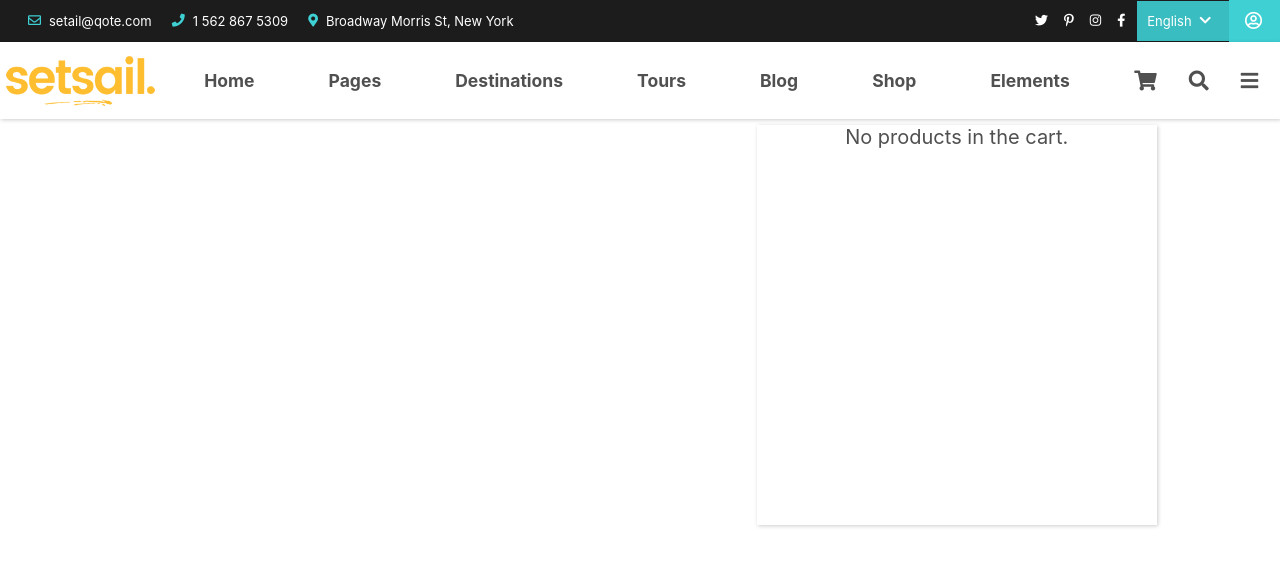
Repository: Hunga9k50doker/Setail
Page: /
These files come from the project's save history. The page is drawn as it stood at one moment and after a run of saves; the edit follows.
The browser window is 1280 px wide. The pictures show the whole page.
The project was rebuilt for these pictures with package versions that can differ from the ones it lists, and the page was loaded fresh each time.

Above is the page before, as saved 2021-10-21 11:39:38.

### public/index.html
<!DOCTYPE html>
<html lang="en">

<head>
  <meta charset="utf-8" />
  <link rel="icon" href="%PUBLIC_URL%/favicon.ico" />
  <meta name="viewport" content="width=device-width, initial-scale=1" />
  <meta name="theme-color" content="#000000" />
  <meta name="description" content="Web site created using create-react-app" />
  <link rel="stylesheet" href="./font/fontawesome-free-5.15.3-web/css/all.min.css">
  <link rel="apple-touch-icon" href="%PUBLIC_URL%/logo192.png" />
  <!--
      manifest.json provides metadata used when your web app is installed on a
      user's mobile device or desktop. See https://developers.google.com/web/fundamentals/web-app-manifest/
    -->
  <link rel="manifest" href="%PUBLIC_URL%/manifest.json" />
  <!--
      Notice the use of %PUBLIC_URL% in the tags above.
      It will be replaced with the URL of the `public` folder during the build.
      Only files inside the `public` folder can be referenced from the HTML.

      Unlike "/favicon.ico" or "favicon.ico", "%PUBLIC_URL%/favicon.ico" will
      work correctly both with client-side routing and a non-root public URL.
      Learn how to configure a non-root public URL by running `npm run build`.
    -->
  <title>React App</title>
</head>

<body>
  <noscript>You need to enable JavaScript to run this app.</noscript>
  <div id="root">

  </div>
  <script type="text/babel">
  </script>
  <!--
      This HTML file is a template.
      If you open it directly in the browser, you will see an empty page.

      You can add webfonts, meta tags, or analytics to this file.
      The build step will place the bundled scripts into the <body> tag.

      To begin the development, run `npm start` or `yarn start`.
      To create a production bundle, use `npm run build` or `yarn build`.
    -->
</body>

</html>

### src/index.js
import React from "react";
import ReactDOM from "react-dom";
import App from "./views/App.js";
import reportWebVitals from "./reportWebVitals";
import "./styles/global.scss";
// import socialNetworks from '../src/components/socialNetworks'

ReactDOM.render(
  <React.StrictMode>
    <App />
  </React.StrictMode>,
  document.getElementById("root")
);

// If you want to start measuring performance in your app, pass a function
// to log results (for example: reportWebVitals(console.log))
// or send to an analytics endpoint. Learn more: https://bit.ly/CRA-vitals
reportWebVitals();

### src/views/App.js
import './App.scss';
import NavOnTop from '../components/NavOnTop/NavOnTop';
import Nav from '../components/Navigation/Nav';

function App() {

  return (
    <div className="App">
      <NavOnTop />
      <Nav />
    </div>
  );
}

export default App;

### src/styles/global.scss
@import './variables';

* {
  margin: 0;
  padding: 0;
  box-sizing: border-box;
}

body {
  margin: 0;
  font-family: -apple-system, BlinkMacSystemFont, "Segoe UI", "Roboto", "Oxygen",
    "Ubuntu", "Cantarell", "Fira Sans", "Droid Sans", "Helvetica Neue",
    sans-serif;
  -webkit-font-smoothing: antialiased;
  -moz-osx-font-smoothing: grayscale;
}

code {
  font-family: source-code-pro, Menlo, Monaco, Consolas, "Courier New",
    monospace;
}

ul,
li {
  display: inline-block;
  list-style: none;
  padding-left: 0;
}

a {
  text-decoration: none;
  display: inline-block;
  color: #505050;
}

.bridge {
  content: "";
  position: absolute;
  top: -4px;
  left: 50%;
  transform: translate(-50%, 0);
  width: 100%;
  height: 8px;
}

.hover-slide-below {
  content: " ";
  width: 100%;
  height: 4px;
  background: $bg-color--hover;
  position: absolute;
  bottom: -8px;
  left: 0;
  border-radius: 8px;
  transform: scaleX(0);
  transform-origin: center left;
  transition: all 0.3s ease;
}

### src/views/App.scss
.App {
  text-align: center;
  background: #999;
}

### src/components/NavOnTop/NavOnTop.js
// import { render } from "@testing-library/react";
import './NavOnTop.scss';

const NavOnTop = () => {
  return (
    <div className="nav__onTop">
      <ul className="nav__onTop-leftInner">
        <li className="nav__onTop-leftInner-item">
          <i className="far fa-envelope"></i>
          <p className="nav__onTop-leftInner-item-text">setail@qote.com</p>
        </li>
        <li className="nav__onTop-leftInner-item">
          <i className="fas fa-phone"></i>
          <p className="nav__onTop-leftInner-item-text">1 562 867 5309</p>
        </li>
        <li className="nav__onTop-leftInner-item">
          <i className="fas fa-map-marker-alt"></i>
          <p className="nav__onTop-leftInner-item-text">
            Broadway Morris St, New York
          </p>
        </li>
      </ul>
      <ul className="nav__onTop-rightInner">
        <li className="nav__onTop-rightInner-item nav__onTop-rightInner-item-socialNetwork">
          <i className=" fab fa-twitter"></i>
        </li>
        <li className="nav__onTop-rightInner-item nav__onTop-rightInner-item-socialNetwork">
          <i className=" fab fa-pinterest-p"></i>
        </li>
        <li className="nav__onTop-rightInner-item nav__onTop-rightInner-item-socialNetwork">
          <i className=" fab fa-instagram"></i>
        </li>
        <li className="nav__onTop-rightInner-item nav__onTop-rightInner-item-socialNetwork">
          <i className=" fab fa-facebook-f"></i>
        </li>
        <li className="nav__onTop-rightInner-item nav__onTop-rightInner-item-toggleLang">
            <p>English</p>
            <i className="fas fa-chevron-down"></i>
          <div className="nav__onTop-rightInner-item-langs">
            <a href="#" className="nav__onTop-rightInner-item-lang">
              VietNam
            </a>
            <a href="#" className="nav__onTop-rightInner-item-lang">
              France
            </a>
            <a href="#" className="nav__onTop-rightInner-item-lang">
              German
            </a>
          </div>
        </li>
        <li className="nav__onTop-rightInner-item nav__onTop-rightInner-account">
          <i className="far fa-user-circle"></i>
        </li>
      </ul>
    </div>
  );
};

export default NavOnTop;

### src/components/Navigation/Nav.js
import "./Nav.scss";

const Nav = () => {
  return (
    <div className="nav">
      <img src="./logo/logo-footer.png" alt="Not found" className="nav__logo" />
      <ul className="nav__list">
        <li className="nav__list-item nav__list-item-Home">
          <h3 className="nav__list-item-title">Home</h3>
          <div className="nav__list-item-selections">
            <a href="#" className="nav__list-item-selection">
              <p>Travel Agency</p>
            </a>
            <a href="#" className="nav__list-item-selection">
              <p>Winters Holidays</p>
            </a>
            <a href="#" className="nav__list-item-selection">
              <p>Exotic Destinations</p>
            </a>
          </div>
        </li>
        <li className="nav__list-item nav__list-item-Pages">
          <h3 className="nav__list-item-title">Pages</h3>
          <div className="nav__list-item-selections">
            <a href="#" className="nav__list-item-selection">
              <p>About Us</p>
            </a>
            <a href="#" className="nav__list-item-selection">
              <p>What We Offer</p>
            </a>
            <a href="#" className="nav__list-item-selection">
              <p>Our Team</p>
            </a>
          </div>
        </li>
        <li className="nav__list-item nav__list-item-Destinations">
          <h3 className="nav__list-item-title">Destinations</h3>
          <div className="nav__list-item-selections">
            <a href="#" className="nav__list-item-selection">
              <p>Destination List</p>
            </a>
            <a href="#" className="nav__list-item-selection">
              <p>Destination Slider</p>
            </a>
            <a href="#" className="nav__list-item-selection">
              <p>Destination Item</p>
            </a>
          </div>
        </li>
        <li className="nav__list-item nav__list-item-Tours">
          <h3 className="nav__list-item-title">Tours</h3>
          <div className="nav__list-item-selections">
            <a href="#" className="nav__list-item-selection">
              <p>Standard List</p>
            </a>
            <a href="#" className="nav__list-item-selection">
              <p>Gallery List</p>
            </a>
            <a href="#" className="nav__list-item-selection">
              <p>Split List</p>
            </a>
          </div>
        </li>
        <li className="nav__list-item nav__list-item-Blog">
          <h3 className="nav__list-item-title">Blog</h3>
          <div className="nav__list-item-selections">
            <a href="#" className="nav__list-item-selection">
              <p>Blog Masonry</p>
            </a>
            <div className="nav__list-item-selection">
              <p>Blog Standard</p>
              <i className="fas fa-chevron-right"></i>
              <ul className="sub-menu ">
                <li className="sub-menu-item">
                  <a href="#">Right Sidebar</a>
                </li>
                <li className="sub-menu-item">
                  <a href="#">Left Sidebar</a>
                </li>
                <li className="sub-menu-item">
                  <a href="#">Without Sidebar</a>
                </li>
              </ul>
            </div>
            <div className="nav__list-item-selection">
              <p>Blog Types</p>
              <i className="fas fa-chevron-right"></i>
              <ul className="sub-menu ">
                <li className="sub-menu-item">
                  <a href="#">Standard </a>
                </li>
                <li className="sub-menu-item">
                  <a href="#">Gallery </a>
                </li>
                <li className="sub-menu-item">
                  <a href="#">Link</a>
                </li>
              </ul>
            </div>
          </div>
        </li>
        <li className="nav__list-item nav__list-item-Shop">
          <h3 className="nav__list-item-title">Shop</h3>
          <div className="nav__list-item-selections">
            <a href="#" className="nav__list-item-selection">
              <p>Product List</p>
            </a>
            <a href="#" className="nav__list-item-selection">
              <p>Product Single</p>
            </a>
            <div className="nav__list-item-selection">
              <p>Shop Layout</p>
              <i className="fas fa-chevron-right"></i>
              <ul className="sub-menu">
                <li className="sub-menu-item">
                  <a href="#">Three Columns </a>
                </li>
                <li className="sub-menu-item">
                  <a href="#">Four Columns </a>
                </li>
                <li className="sub-menu-item">
                  <a href="#">Full Width</a>
                </li>
              </ul>
            </div>
          </div>
        </li>
        <li className="nav__list-item nav__list-item-Elements">
          <h3 className="nav__list-item-title">Elements</h3>
          <div className="nav__list-item-selections">
            <ul className="nav__list-item-selection sub-category">
              <li className="sub-category-item">Featured</li>
              <li className="sub-category-item">
                <a href="#">Tour List</a>
              </li>
              <li className="sub-category-item">
                <a href="#">Tour Carousel</a>
              </li>
              <li className="sub-category-item">
                <a href="#">Tour Filter</a>
              </li>
            </ul>
            <ul className="nav__list-item-selection sub-category">
              <li className="sub-category-item">Presentation</li>
              <li className="sub-category-item">
                <a href="#">Team</a>
              </li>
              <li className="sub-category-item">
                <a href="#">Blog List</a>
              </li>
              <li className="sub-category-item">
                <a href="#">Shop List</a>
              </li>
            </ul>
            <ul className="nav__list-item-selection sub-category">
              <li className="sub-category-item">ClassNameic</li>
              <li className="sub-category-item">
                <a href="#">Accordions</a>
              </li>
              <li className="sub-category-item">
                <a href="#">Tabs</a>
              </li>
              <li className="sub-category-item">
                <a href="#">Buttons</a>
              </li>
            </ul>
            <ul className="nav__list-item-selection sub-category">
              <li className="sub-category-item">Typography</li>
              <li className="sub-category-item">
                <a href="#">Headings</a>
              </li>
              <li className="sub-category-item">
                <a href="#">Columns</a>
              </li>
              <li className="sub-category-item">
                <a href="#">Section Title</a>
              </li>
            </ul>
          </div>
        </li>
      </ul>
      <ul className="nav__innerRight">
        <li className="nav__innerRight-item nav__innerRight-item-cart">
          <i className="fas fa-shopping-cart"></i>
          <div className="cart-category">
            <p>No products in the cart.</p>
          </div>
        </li>
        <li className="nav__innerRight-item nav__innerRight-item-search">
          <i className="fas fa-search"></i>
        </li>
        <li className="nav__innerRight-item nav__innerRight-item-category">
          <i className="fas fa-bars"></i>
        </li>
      </ul>
    </div>
  );
};

export default Nav;

### src/styles/_variables.scss


$primary-color:#3fd0d4;
$bg-color--hover:#3abdc1;
$text-color: #505050;
$white-color:#fff;

### src/components/NavOnTop/NavOnTop.scss
@import '../../styles/variables';

.nav__onTop {
  display: flex;
  align-items: center;
  justify-content: space-between;
  padding: 0 0 0 18px;
  background: #1c1c1c;
  color: #fff;
  &-leftInner,
  &-rightInner {
    display: flex;
    align-items: center;
    &-item {
      display: flex;
      align-items: center;
      justify-content: center;
      font-size: 13px;
      padding: 0 10px;
      cursor: pointer;
      &:hover {
        color: $primary-color;
      }
      i {
        margin-right: 8px;
      }

      &-langs {
        // display: none;
        transition: all 0.3s ease;
                position: absolute;
       bottom: calc( -100% - 54px);
       left: 0;
       right: 0;
      z-index: -1;
      transform: translateY(-200%);
      opacity: 0;
    }
    &-lang{
        padding:6px 10px;
        display:flex;
        align-items:center;
        justify-content: center;
        flex-direction: column;
        background: $primary-color;
        color:#fff;
        &:hover{
            background: $bg-color--hover;
        }
        &:last-child{
            padding-bottom: 12px;
        }

        &:first-child{
            position: relative;
            &:after{
                content: " ";
                position: absolute;
                width: 100%;
                height: 8px;
                top: -4px;
            }
        }
    }
    }



    &-item-socialNetwork {
      padding-left: 4px;
      padding-right: 4px;
    }
    &-item-toggleLang {
    position: relative;
      background: $bg-color--hover;
      display: flex;
      align-items: center;
      height: 100%;
      margin: 0;
      padding: 12px 10px;
      justify-content: space-around;
      p {
        display: inline-block;
        margin-right: 8px;
      }
    }
    &-item-toggleLang:hover .nav__onTop-rightInner-item-langs{
       transform: translateY(0);
       opacity: 1;
        z-index: 5;

    }

    &-account {
      background: $primary-color;
      padding:12px 10px 12px 16px;
      display: flex;
      align-items: center;
      justify-content: center;
      i {
        display: inline-block;
        font-size: 1.1rem;
      }
      &:hover{
          color: #999;
          background: $bg-color--hover;
      }
    }
  }
   &-leftInner {
      i {
        color: $primary-color;
      }
    }
}


// ============Animation=====================

### src/components/Navigation/Nav.scss
@import "../../styles/variables";
@import "../../styles/global.scss";

.nav {
  position: fixed;
  left: 0;
  right: 0;
  top: 42px;
  z-index: 5;
  transition: all 0.3s ease;
  display: flex;
  align-items: center;
  justify-content: space-around;
  box-shadow:1px 1px 4px rgba(0, 0, 0, 0.2);
  &__logo {
    cursor: pointer;
    width: 150px;
    height: 50px;
    font-size: 14px;
  }

  &__list {
    display: flex;
    align-items: center;
    justify-content: center;
    &-item {
      position: relative;
      transition: all 0.5s ease;
      padding: 28px 37px;
      font-size: 15px;
      cursor: pointer;
      color: $text-color;
      &:hover {
        color: $primary-color;
      }

      &-title {
        position: relative;
        font-weight: 700;

        &:after {
          @extend .hover-slide-below;
        }
        &:hover:after {
          transform: scaleX(1);
          transform-origin: left center;
        }
      }
      &-selections {
        transition: all 0.3s ease;
        text-align: left;
        flex-direction: column;
        position: absolute;
        border-radius: 2px;
        top: 82px;
        left: 0;
        width: calc(150% + 50px);
        box-shadow: 0px 0px 5px rgba(0, 0, 0, 0.2);
        transform: scaleY(0);
        transform-origin: center top;

        &:before {
          @extend .bridge;
        }
      }

      &:hover &-selections {
        transform: scaleY(1);
        transform-origin: top center;
      }
      &-selection {
        position: relative;
        display: block;
        padding: 5px 25px 6px 32px;
        font-size: 15px;
        color: $text-color;
        font-weight: 500;
        p {
          position: relative;
          display: inline-block;
          width: fit-content;
          &:after {
            @extend .hover-slide-below;
            height: 3px;
          }
        }
        &:hover {
          color: $primary-color;

          .sub-menu {
            display: flex;
            transform:scaleX(1);
            transform-origin: left center;
            opacity: 1;
          }
        }
        &:hover p:after {
          transform: scaleX(1);
          transform-origin: left center;

        }
        &:first-child {
          padding-top: 34px;
        }
        &:last-child {
          margin-bottom: 34px;
        }

        .sub-menu {
          position: absolute;
          top: 0;
          z-index: -1;
          left: 100%;
          align-items: flex-start;
          float: left;
          flex-direction: column;
          box-shadow: 1px 1px 4px rgba(0, 0, 0, 0.2);
          width: 100%;
          padding: 28px 0 28px 0;
          transform: scaleX(0);
          opacity:0;
          transform-origin: center left;
          transition: all 0.3s ease;
          &-item {
            width: 100%;
            padding: 5px 37px 6px 37px;
            color: $text-color;
            a {
              position: relative;
              display: inline-block;
              width: fit-content;
              &:after {
                @extend .hover-slide-below;
                height: 2px;
              }
            }
            &:hover a {
              color: $primary-color;
            }
            &:hover a:after {
              transform: scaleX(1);
              transform-origin: left center;
            }
          }
        }
      }

      &:nth-child(5)  &-selection,
      &:nth-child(6) &-selection {
        display: flex;
        align-items: center;
        justify-content: space-between;
      }

      &:nth-child(7) .sub-category {
        display: flex;
        align-items: flex-start;
        flex-direction: column;
        padding: 10px 20px;
        flex: 1;
        &-item {
          position: relative;
          padding: 7px 37px;
          &:first-child {
            color: $primary-color;
            font-size: 16px;
            font-weight: 700;
            margin-bottom: 20px;
          }
          a {
            position: relative;
            width: fit-content;
            &:after {
              @extend .hover-slide-below;
              height: 3px;
            }
          }

          &:hover a {
            color: $primary-color;
          }

          &:hover a:after {
            transform: scaleX(1);
            transform-origin: left center;
          }
        }
      }
    }

    &-item:nth-child(7) &-item-selections {
      display: flex;
      position: fixed;
      top: 120px;
      left: 0;
      width: 100vw;
      flex-direction: row;
      padding: 37px 50px;
    }
  }

  &__innerRight {
    display: flex;
    align-items: center;
    justify-content: center;
    &-item {
      position: relative;
      transition: all 0.5s ease;
      cursor: pointer;
      margin: 0 16px;
      font-size: 20px;
      color: $text-color;
      z-index: 2;
      transform: scale(1);
      &-cart{
        position: relative;
        .cart-category{
          position: absolute;
          top: 56px;
          right: 0;
          width: 400px;
          min-height: 400px;
          box-shadow: 1px 1px 4px rgba(0, 0, 0, 0.2);
          text-align: center;
        }
      }
      &:hover {
        transform: scale(1.2);
        color: $bg-color--hover;
      }
    }
  }
}

Loaded but not shown: src/reportWebVitals.js (common file); public/font/fontawesome-free-5.15.3-web/css/all.min.css (library)

After the next 4 saves:
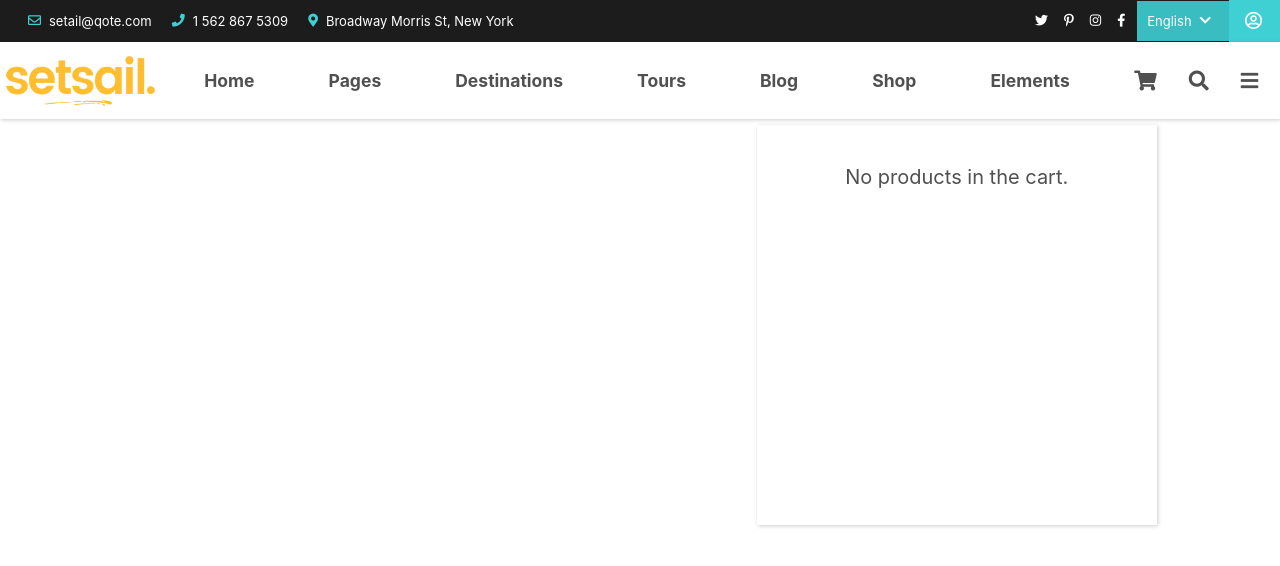
The 4 saves are shown as one change because 1 did not build or start and some came seconds apart.
The last was saved 33 s later.
--- a/src/components/Navigation/Nav.scss
+++ b/src/components/Navigation/Nav.scss
@@ -222,6 +222,10 @@
           min-height: 400px;
           box-shadow: 1px 1px 4px rgba(0, 0, 0, 0.2);
           text-align: center;
+          p{
+            display: inline-block;
+            margin-top: 40px;
+          }
         }
       }
       &:hover {
